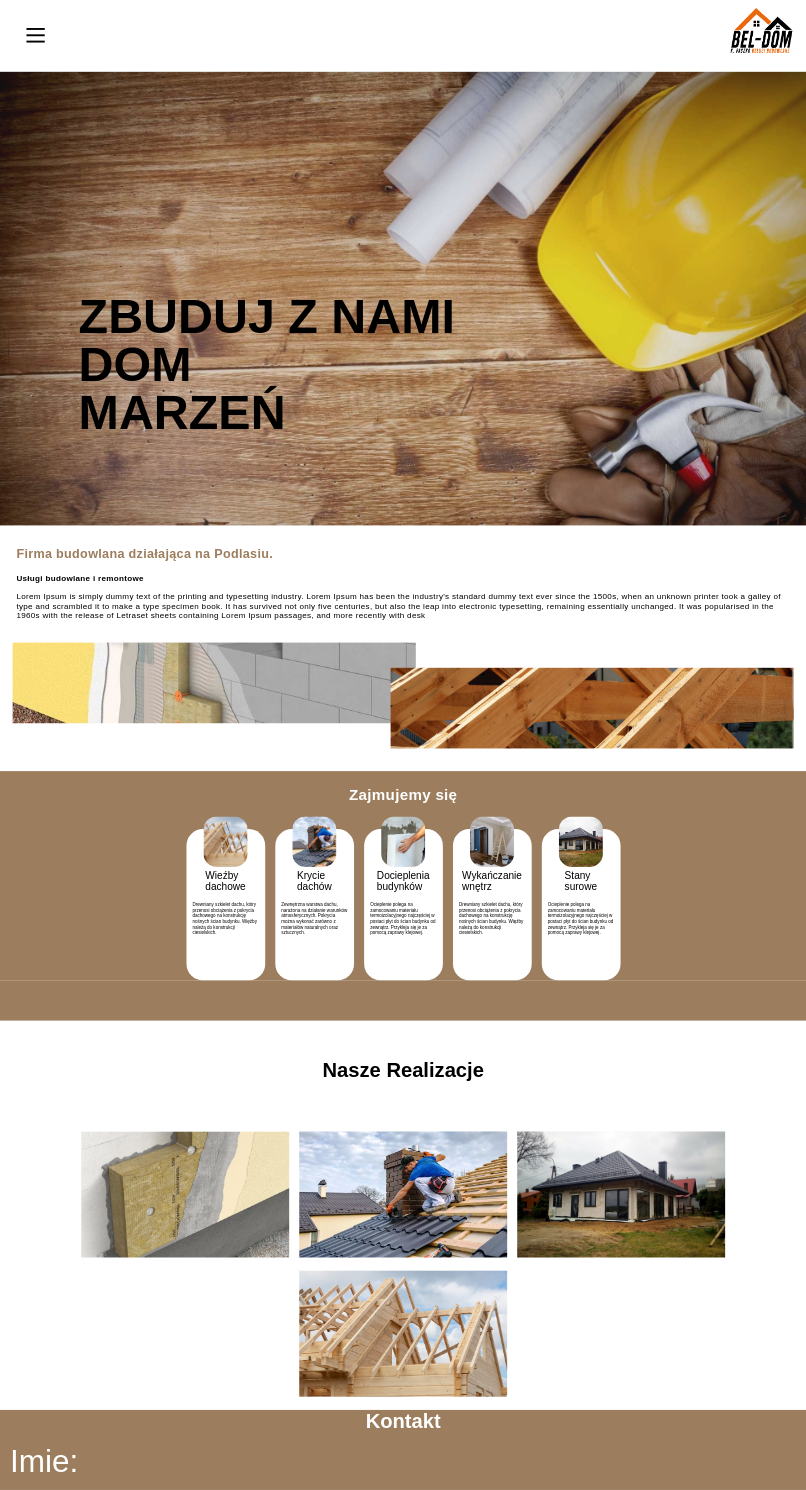
Repository: JakubPaszko2001/bel
Page: index.html
The author's editor kept a copy of each file at every save. The page is drawn from the files as they stood at one save, then again after the next save.
The browser window is 1280 px wide. The pictures show the whole page, at 63% of full size.
Some web fonts or font styles are not loaded; a fallback is used.

Above is the page before, as saved 2022-03-05 16:42:28.

### index.html
<!DOCTYPE html>
<html lang="pl-PL">
<head>
    <meta charset="UTF-8">
    <meta http-equiv="X-UA-Compatible" content="IE=edge">
    <meta name="viewport" content="width=device-width, initial-scale=1.0">
    <title>BEL-DOM</title>
    <link rel="preconnect" href="https://fonts.googleapis.com">
    <link rel="preconnect" href="https://fonts.gstatic.com" crossorigin>
    <link href="https://fonts.googleapis.com/css2?family=Prompt:wght@300;400;700&display=swap" rel="stylesheet">
    <link rel="stylesheet" href="style.css">
    <link rel="stylesheet" href="lightbox.min.css">
    <script src="./js/lightbox-plus-jquery.min.js"></script>
</head>
<body>
<!-- HEADER -->
<header>
    <div class="container">
        <!-- SPAN -->
        <button class="hamburger">
            <span class="hamburger--menu">
                <span class="hamburger__inner"></span>
            </span>
        </button>
        <!-- LOGO -->
        <div class="header__logo">
            <img class="logo__pic" src="./images/logo.png" alt="logo">
        </div>
    </div>
</header>
<!-- MAIN -->
<main>
    <!-- NAV -->
    <div class="navigation">
        <ul class="navigation--list">
            <li class="navigation__item"><a href="#">jeden</a></li>
            <li class="navigation__item"><a href="#">dwa</a></li>
            <li class="navigation__item"><a href="#">trzy</a></li>
            <li class="navigation__item"><a href="#">cztery</a></li>
        </ul>
    </div>
    <!-- MAIN CONTAINER -->
    <div class="main--container">
        <div class="background__pic">
            <img src="./images/tlo1.png" alt="background">
        </div>
    <!-- TEXT ON IMG -->
        <h1 class="text">ZBUDUJ Z NAMI <br>DOM <br> MARZEŃ</h1>
    </div>
    <!-- TEXT -->
    <div class="main--text">
        <h1 class="main__text-h1">Firma budowlana działająca na Podlasiu.</h1>
        <h3 class="main__text-h3">Usługi budowlane i remontowe</h3>
        <h4 class="main__text-h4">Lorem Ipsum is simply dummy text of the printing and typesetting industry. Lorem Ipsum has been the industry's standard dummy text ever since the 1500s, when an unknown printer took a galley of type and scrambled it to make a type specimen book. It has survived not only five centuries, but also the leap into electronic typesetting, remaining essentially unchanged. It was popularised in the 1960s with the release of Letraset sheets containing Lorem Ipsum passages, and more recently with desk</h4>
    </div>
    <!-- PHOTOS -->
    <div class="main--photos">
        <img class="photo photo1" src="./images/docieplenie1.png" alt="photo2">
        <img class="photo photo2" src="./images/wiezby.png" alt="photo1">
    </div>
    <!-- CARDS -->
    <div class="cards--container">
        <h2 class="text-h2">Zajmujemy się</h2>
        <div class="cards--container__main">
            <div class="card">
                <div class="card-img">
                    <img class="card-img_style" src="./images/wiezby2.png" alt="wiezby">
                </div>
                <div class="card-title">
                    <div class="h1-title">Wieźby<br>dachowe</div>
                </div>
                <div class="card-text">
                    <div class="h1-text">Drewniany szkielet dachu, który przenosi obciążenia z pokrycia dachowego na konstrukcję nośnych ścian budynku. Więźby należą do konstrukcji ciesielskich.</div>
                </div>
            </div>
            <div class="card">
                <div class="card-img">
                    <img class="card-img_style" src="./images/krycie.png" alt="wiezby">
                </div>
                <div class="card-title">
                    <div class="h1-title">Krycie<br>dachów</div>
                </div>
                <div class="card-text">
                    <div class="h1-text">Zewnętrzna warstwa dachu, narażona na działanie warunków atmosferycznych. Pokrycia można wykonać zarówno z materiałów naturalnych oraz sztucznych.</div>
                </div>
            </div>
            <div class="card">
                <div class="card-img">
                    <img class="card-img_style" src="./images/docieplenie2.png" alt="wiezby">
                </div>
                <div class="card-title">
                    <div class="h1-title">Docieplenia<br>budynków</div>
                </div>
                <div class="card-text">
                    <div class="h1-text">Ocieplenie polega na zamocowaniu materiału termoizolacyjnego najczęściej w postaci płyt do ścian budynku od zewnątrz. Przykleja się je za pomocą zaprawy klejowej.</div>
                </div>
            </div>
            <div class="card">
                <div class="card-img">
                    <img class="card-img_style" src="./images/wnetrza.png" alt="wiezby">
                </div>
                <div class="card-title">
                    <div class="h1-title">Wykańczanie<br>wnętrz</div>
                </div>
                <div class="card-text">
                    <div class="h1-text">Drewniany szkielet dachu, który przenosi obciążenia z pokrycia dachowego na konstrukcję nośnych ścian budynku. Więźby należą do konstrukcji ciesielskich.</div>
                </div>
            </div>
            <div class="card">
                <div class="card-img">
                    <img class="card-img_style" src="./images/surowe.png" alt="wiezby">
                </div>
                <div class="card-title">
                    <div class="h1-title">Stany<br>surowe</div>
                </div>
                <div class="card-text">
                    <div class="h1-text">Ocieplenie polega na zamocowaniu materiału termoizolacyjnego najczęściej w postaci płyt do ścian budynku od zewnątrz. Przykleja się je za pomocą zaprawy klejowej.</div>
                </div>
            </div>
        </div>
    </div>
    <div class="brown"></div>
    <div class="realisation-text">
        <h1 class="realisation-h1">Nasze Realizacje</h1>
    </div>
    <div class="gallery">
        <a href="./images/docieplenie.png" data-lightbox="mygallery"><img class="gallery-img" src="./images/nazwa.png"></a>
        <a href="./images/krycie.png" data-lightbox="mygallery"><img class="gallery-img" src="./images/krycie.png"></a>
        <a href="./images/surowe.png" data-lightbox="mygallery"><img class="gallery-img" src="./images/surowe.png"></a>
        <a href="./images/wiezby2.png" data-lightbox="mygallery"><img class="gallery-img" src="./images/wiezby2.png"></a>
    </div>
    <div class="contact">
        <div class="contact-title">
            <h1>Kontakt</h1>
        </div>
        <div class="contact-text">
            <p class="contact-text-title">Imie:</p>
        </div>
    </div>
</main>
<!-- JS -->
<script src="./js/script.js" type="text/javascript"></script>
</body>
</html>

### style.css
:root {
    /* WEIGHT */
    --ww-bold: 700;
    --ww-normal: 400;
    --ww-small: 300;
    /* COLORS */
    --color-orange: #EB680D;
    --color-white: #ffffff;
    --color-black: #000000;
    --color-brown: #9c7d5d;
    /* SPACING */
    --margin: 1.25em;
    --margin-left: 1.625em;
    /* FONT SIZE */
    --fs-12: 1.25em;
    --fs-10: 0.8em;

}
* {
    margin: 0;
    padding: 0;
    box-sizing: border-box;
    font-family: 'Prompt', sans-serif;
    /* font-family: Arial, Helvetica, sans-serif; */
}
img {
    width: 100%;
    object-fit: cover;
}
.logo__pic {
    width: 6.875em;
    height: 6.875em;
}
.container {
    display: flex;
    margin: 0 var(--margin);
    justify-content: space-between;
    align-items: center;
}
.hamburger {
    padding: var(--margin-left);
    display: inline-block;
    cursor: pointer;
    background: transparent;
    border: 0;
    margin: 0;
}
.hamburger--menu  {
    width: 2.1875em;
    height: var(--margin);
    display: inline-block;
    position: relative;
}
.hamburger__inner {
    z-index: 999;
    width: 100%;
    height: 3px;
    background-color: black;
    position: absolute;
    left: 0;
    top: 50%;
    transform: translateY(-50%);
    transition: background-color 0.1s 0.2s ease-in-out;
}
.hamburger__inner::before,
.hamburger__inner::after {
    content: '';
    width: 100%;
    height: 3px;
    background-color: var(--color-black);
    position: absolute;
    left: 0;
    transition: transform 0.2s 0.2s ease-in-out;

}
.hamburger__inner::before {
    /* transform: translateY(-10px); */
    top: -10px;
}
.hamburger__inner::after {
    /* transform: translateY(10px); */
    top: 10px;
}
.hamburger--active .hamburger__inner {
    background-color: transparent;
}
.hamburger--active .hamburger__inner::before {
    transform: translateY(10px) rotate(45deg);
    background-color: var(--color-orange);
}
.hamburger--active .hamburger__inner::after {
    transform: translateY(-10px) rotate(-45deg);
    background-color: var(--color-orange);
}
.navigation {
    position: absolute;
    top: 0;
    left: 0;
    width: 10.9375em;
    height: 100vh;
    background-color: var(--color-black);
    display: flex;
    flex-direction: column;
    align-items: center;
    transform: translateX(-200px);
    transition: transform 0.3s 0.1s ease-in-out;
    z-index: 100;
}
.navigation--active {
    transform: translateX(0px);
}
.navigation--list {
    list-style: none;
}
.navigation__item {
    margin-bottom: 2.5em;
}
li:first-child {
    margin-top: 9.375em;
}
a {
    text-decoration: none;
    color: var(--color-orange);
    font-size: var(--margin);
}
.main--container {
    position: relative;
    z-index: 1;
}
.text {
    position: absolute;
    bottom: 20%;
    margin-left: var(--margin-left);
    line-height: 1em;
    font-size: 6vw;
    font-weight: var(--ww-bold);
}
.main--text {
    letter-spacing: 0.5px;
    margin: 0 var(--margin-left);
}
.main__text-h1 {
    margin-top: 1.5em;
    margin-bottom: 1.0em;
    font-size: var(--fs-12);
    font-weight: var(--ww-bold);
    color: var(--color-brown);

}
.main__text-h3 {
    font-size: var(--fs-10);
    font-weight: var(--ww-bold);
    margin-bottom: 1em;
}
.main__text-h4 {
    font-size: var(--fs-10);
    font-weight: var(--ww-normal);
}
.main--photos {
    display: flex;
    justify-content: center;
    align-items: center;
    position: relative;
    width: 100%;
    /* border: violet solid; */
    height: 15em;
}
.photo {
    width: 100%;
    height: 8em;
}
.photo1 {
    transform: translate(20px,-20px);
}
.photo2 {
    transform: translate(-20px,20px);
}
.cards--container {
    background: var(--color-brown);
    /* height: 100vh; */
}

.text-h2 {
    padding-top: 1em;
    color: var(--color-white);
    text-align: center;
    letter-spacing: 0.5px;
    padding-bottom: 1.25em;
    /* border: violet solid; */
}
.cards--container__main {
    display: flex;
    flex-wrap: wrap;
    width: 100%;
    justify-content: center;
    align-items: center;
    gap: 1em;
}
.card {
    display: flex;
    flex-direction: column;
    position: relative;
    height: 15em;
    width: 7.8125em;
    /* height: 300px;
    width: 175px; */
    background-color: var(--color-white);
    border-radius: 1.625em;
    margin-top: 0.625em;
}
.card-img {
    display: flex;
    height: 3.75em;
    justify-content: center;
    /* border: black solid; */

}
.card-img_style {
    width: 4.375em;
    height: 5em;
    border-radius: 1.3125em;
    position: absolute;
    top: -20px;
}
.card-title {
    height: 3.125em;
    width: 100%;
    margin-top: 5px;
    /* border: yellow solid; */
}
.h1-title {
    display: flex;
    justify-content: center;
    align-items: center;
    font-weight: var(--ww-normal);
}
.card-text {
    width: 100%;
    height: 100px;
    display: flex;
    flex-wrap: nowrap;
    /* border: green solid; */
}
.h1-text {
    font-size: 0.45em;
    font-weight: var(--ww-normal);
    padding: 0px 10px 10px 10px;
}
.brown {
    display: flex;
    width: 100%;
    height: 4em;
    background-color: var(--color-brown);
}
.realisation-text {
    display: flex;
    justify-content: center;
    align-items: center;
    height: 10em;
}
.gallery {
    display: flex;
    justify-content: center;
    align-items: center;
    flex-wrap: wrap;
    gap: 1em;
    padding: 1em 1em;
}
.gallery-img {
    width: 330px;
    height: 200px;
}
.contact {
    background-color: var(--color-brown);
    display: flex;
    flex-direction: column;
    color: var(--color-white);
}
.contact-title {
    display: flex;
    justify-content: center;
    align-items: center;
}
.contact-text {
    margin: 2em;
    font-size: 0.5em;
    font-weight: 100;
}
.contact-style {
    margin-bottom: 0.3em;
}
.contact-text-title {
    font-size: 50px;
}

### js/script.js
const hamburger = document.querySelector('.hamburger');
const Click = () => {
    hamburger.classList.toggle('hamburger--active');
}
hamburger.addEventListener('click',Click);

Loaded but not shown: lightbox.min.css (common file); js/lightbox-plus-jquery.min.js (library)

After the next save:
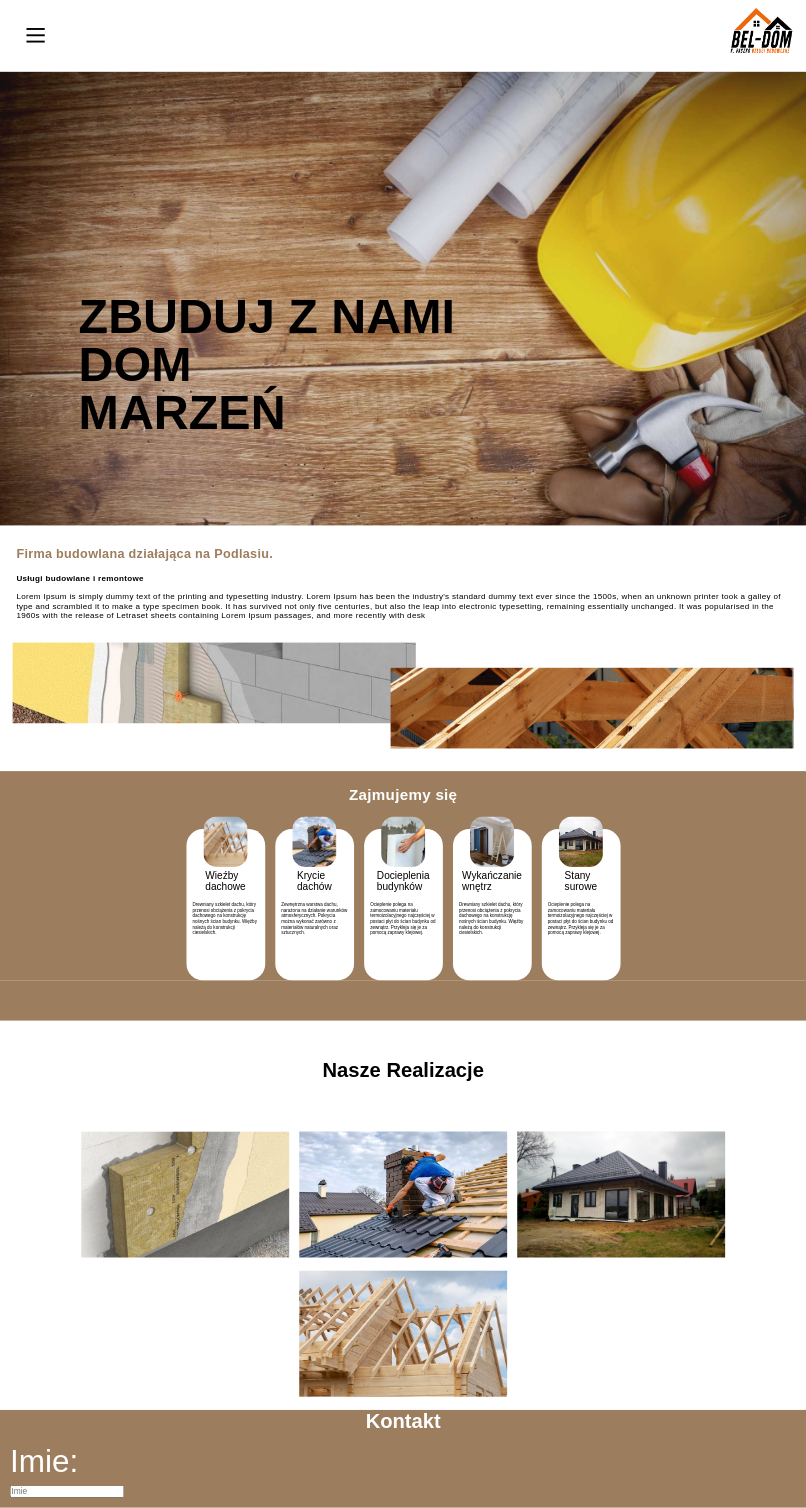
Saved 9 s later.
--- a/index.html
+++ b/index.html
@@ -134,7 +134,8 @@
             <h1>Kontakt</h1>
         </div>
         <div class="contact-text">
-            <p class="contact-text-title">Imie:</p>
+            <p class="contact-text-title">Imie:</p><br>
+            <input placeholder="Imie"></input>
         </div>
     </div>
 </main>
